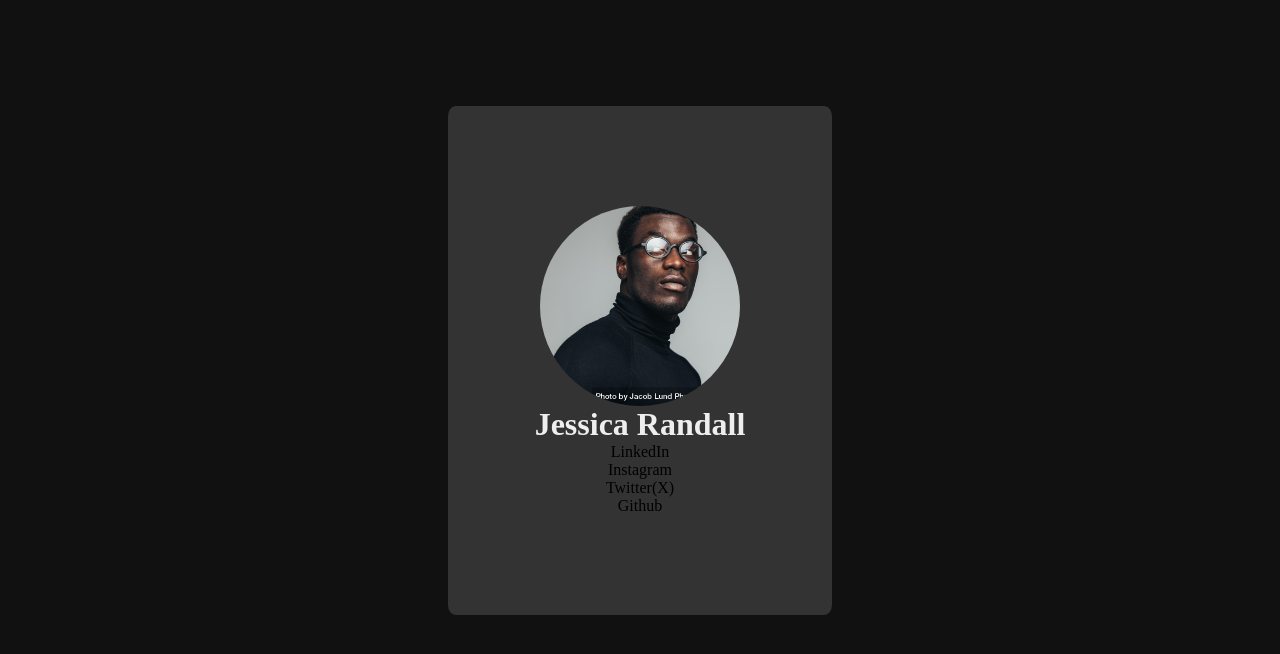
Repository: russel-success/Xcode-TASK-1
Page: index.html
An editor plug-in stored every save of this project. The page is shown before and after the next save, followed by the edit.
The browser window is 1280 px wide. The pictures show the whole page.

Above is the page before, as saved 2024-04-29 01:09:56.

After the next save:
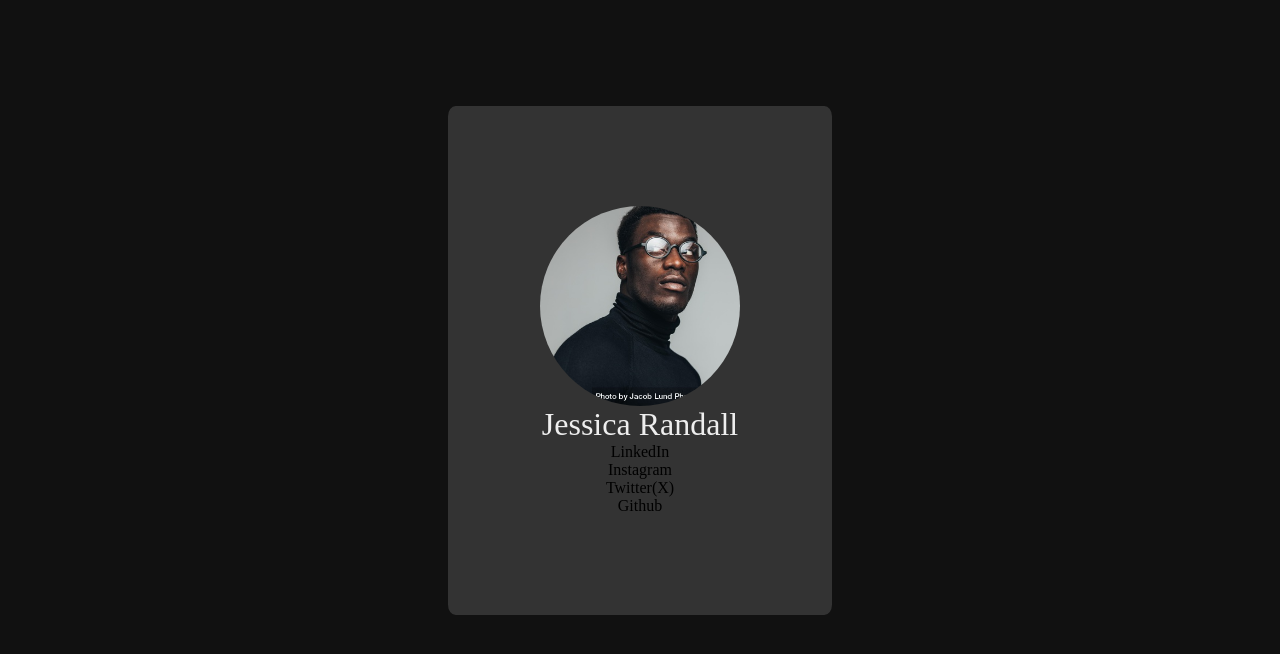
Saved 13 s later.
--- a/styles/styles.css
+++ b/styles/styles.css
@@ -30,5 +30,6 @@
 }
 h1{
     color:#eee;
-    font-family:poppins
+    font-family:poppins;
+    font-weight:100;
 }
